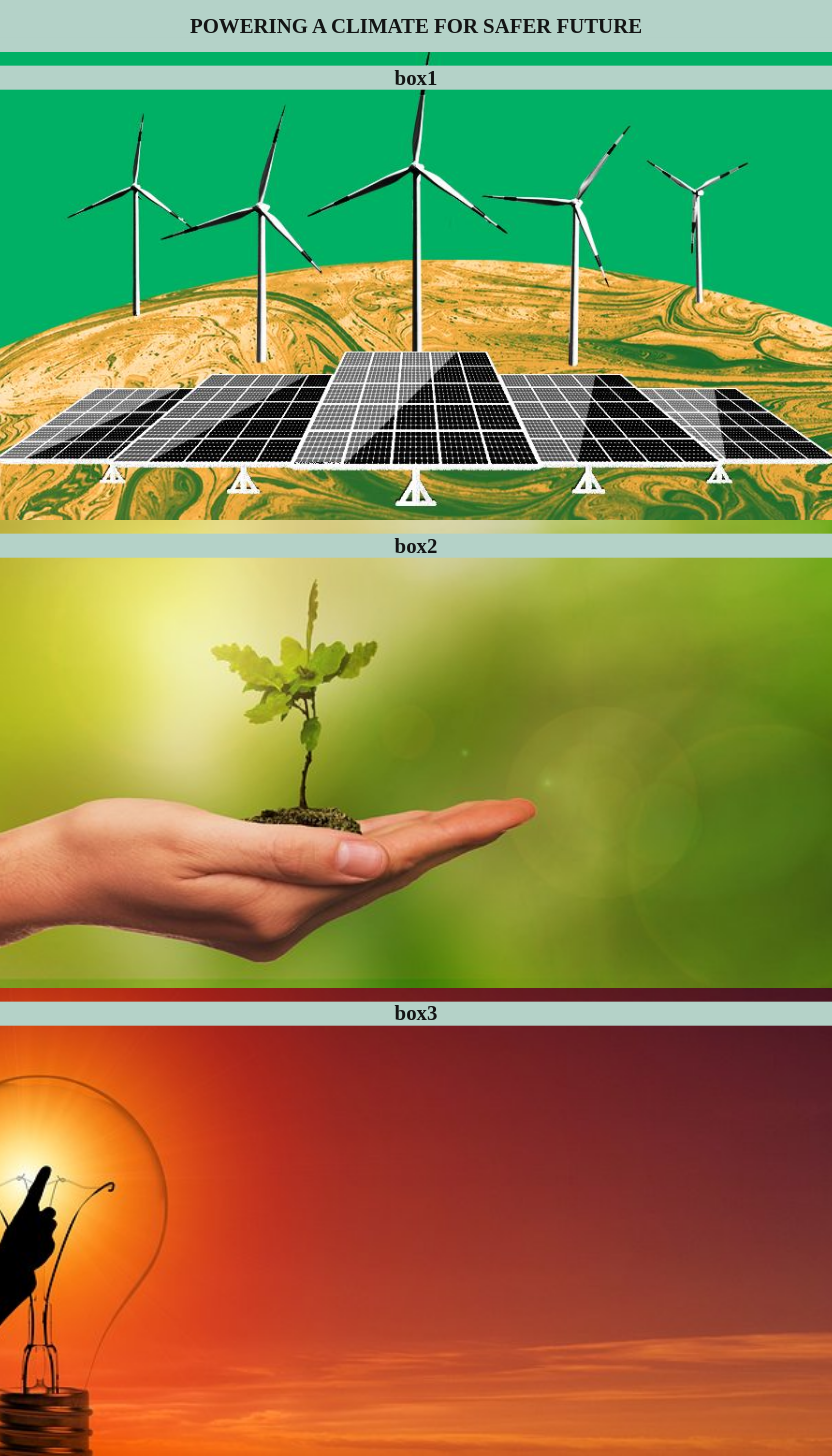
Repository: NavinDayanithi/static-web-design-competition
Page: index.html
An editor plug-in stored every save of this project. The page is shown before and after the next save, followed by the edit.
The browser window is 1280 px wide. The pictures show the whole page, at 65% of full size.
Backgrounds fixed to the window are drawn as part of the page.

Above is the page before, as saved 2023-04-28 19:43:33.

### index.html
<!DOCTYPE html>
<html lang="en">
<head>
  <title>POWERING CLIMATE </title>
  <link rel="stylesheet" href="styles.css">
</head>
<body>
    <h1 >POWERING A CLIMATE FOR SAFER FUTURE</h1>
    <div class="box1">
        <h1>box1</h1>
    </div>
    <div class="box2">
        <h1>box2</h1>
    </div>
    <div class="box3">
        <h1>box3</h1>
    </div>
</body>
</html>

### styles.css
*{
    background-color: rgb(180, 210, 200);
}
h1
{
    text-align:center;
    color:rgb(19, 20, 20);

}

 body{
    margin: 0;
    padding: 0;
    /* background-color: blue; */
}
head{
    text-align: center;
}

.box1{
    height: 100vh;
    width:100%;
    background-image: url(img1.jpg);
    background-size: cover;
    background-position: center;
    display: table;
    background-attachment: fixed;
}

.box2{
    height: 100vh;
    width:100%;
    background-image: url(img2.jpg);
    background-size: cover;
    background-position: center;
    display: table;
    background-attachment: fixed;
}

.box3{
    height: 100vh;
    width:100%;
    background-image: url(img3.jpg);
    background-size: cover;
    background-position: center;
    display: table;
    background-attachment: fixed;
}

After the next save:
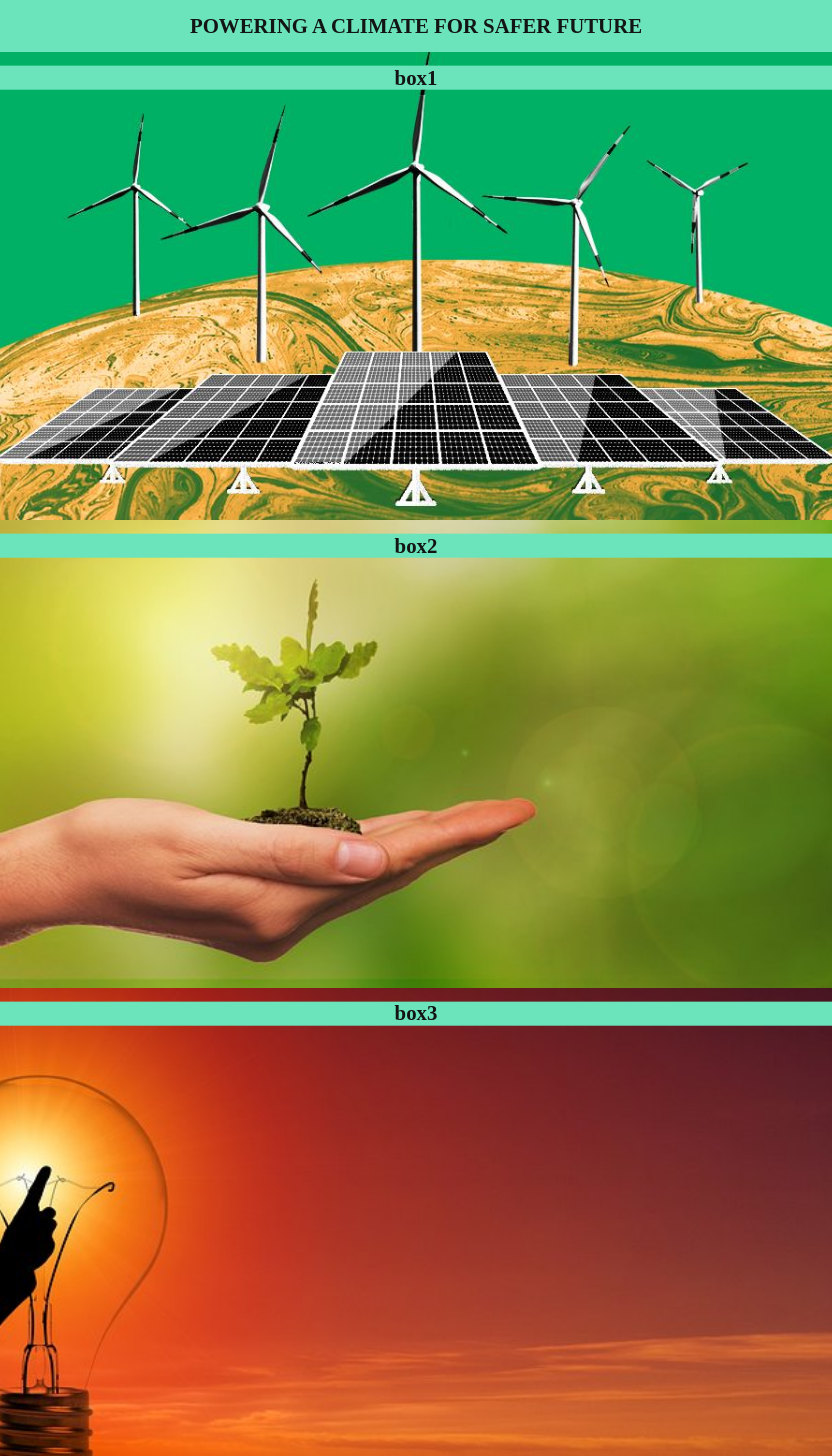
Saved 5 s later.
--- a/styles.css
+++ b/styles.css
@@ -1,5 +1,5 @@
 *{
-    background-color: rgb(180, 210, 200);
+    background-color: rgb(107, 228, 188);
 }
 h1
 {
